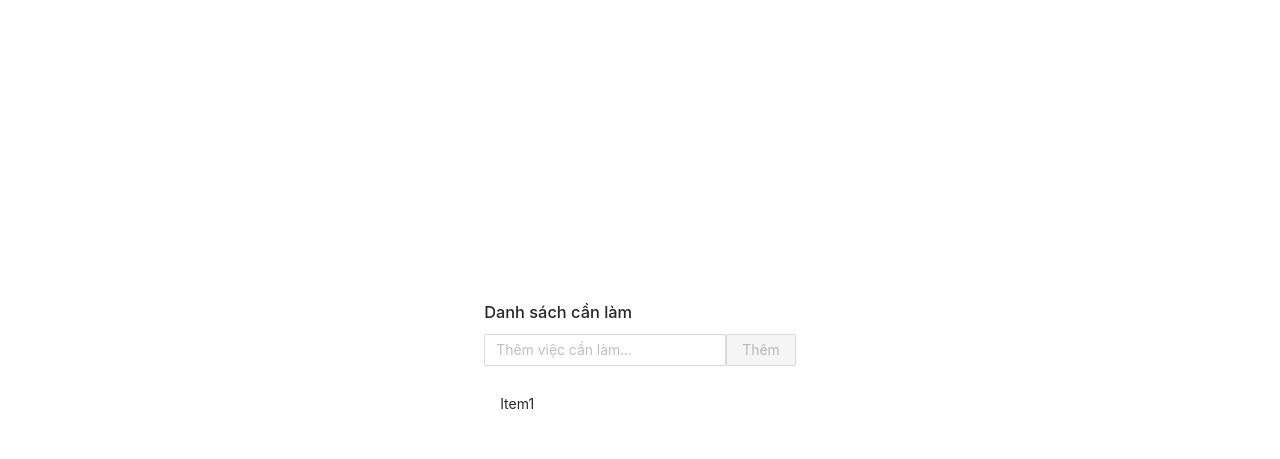
Repository: tiendungjr123/Todo-App
Page: /
These files come from the project's save history. The page is drawn as it stood at one moment and after the next save; the edit follows.
The browser window is 1280 px wide. The pictures show the whole page.
The project was rebuilt for these pictures with package versions that can differ from the ones it lists, and the page was loaded fresh each time.

Above is the page before, as saved 2022-09-22 10:34:28.

### src/index.js
import React from 'react';
import ReactDOM from 'react-dom/client';
import './index.css';
import App from './App';
import 'antd/dist/antd.css';
const root = ReactDOM.createRoot(document.getElementById('root'));
root.render(
  <React.StrictMode>
    <App />
  </React.StrictMode>
);

### src/index.css
body {
  margin: 0;
  font-family: -apple-system, BlinkMacSystemFont, 'Segoe UI', 'Roboto', 'Oxygen',
    'Ubuntu', 'Cantarell', 'Fira Sans', 'Droid Sans', 'Helvetica Neue',
    sans-serif;
  display: flex;
  justify-content: center;
  align-items: center;
  padding: 20px;
  font-size: 20px;
}

code {
  font-family: source-code-pro, Menlo, Monaco, Consolas, 'Courier New',
    monospace;
}

### src/App.js
import TodoList from "./component/TodoList";
import { Input, Button } from "antd";

function App() {
  return (
    <>
      <h3>Danh sách cần làm</h3>
      <Input.Group
        style={{
          display: "flex",
        }}
      >
        <Input placeholder="Thêm việc cần làm..." />
        <Button disabled='false' type="primary">Thêm</Button>
      </Input.Group>
      <br/>
      <TodoList />
    </>
  );
}

export default App;

### src/component/TodoList.jsx
import React from "react";
import Todo from "./Todo";

export default function TodoList() {
  return (
    <>
      <Todo/>
    </>
  );
}

### src/component/Todo.jsx
import React from "react";
import { Button } from "antd";
import styled from "styled-components";

export default function Todo() {
  return (
    <div
      style={{ display: "flex", flexDirection: "column", }}
    >
      <Button style={{textAlign: "left"}} type="text">Item1</Button>
    </div>
  );
}

Loaded but not shown: public/index.html (common file)

After the next save:
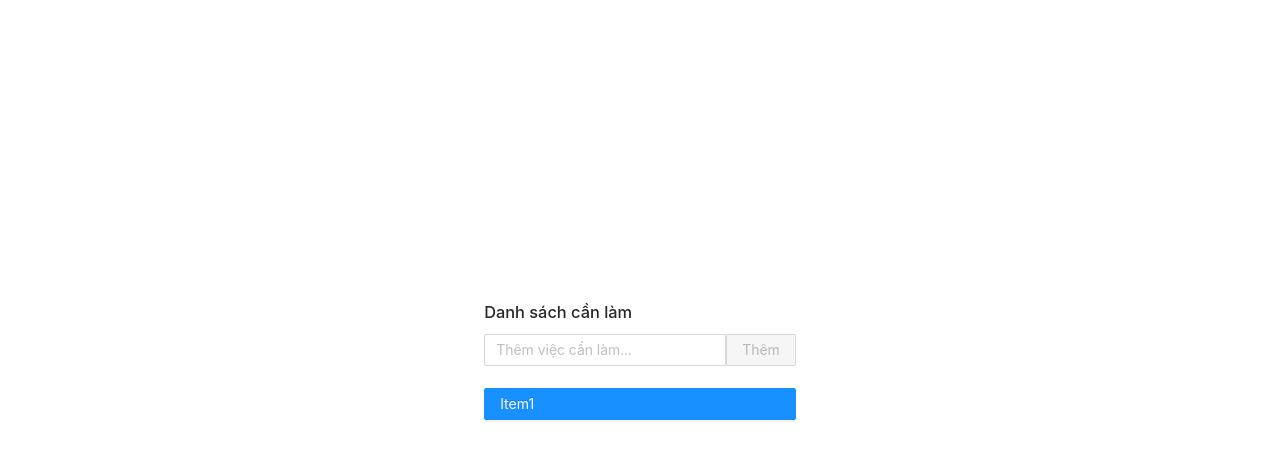
Saved 15 s later.
--- a/src/component/Todo.jsx
+++ b/src/component/Todo.jsx
@@ -7,7 +7,7 @@ export default function Todo() {
     <div
       style={{ display: "flex", flexDirection: "column", }}
     >
-      <Button style={{textAlign: "left"}} type="text">Item1</Button>
+      <Button style={{textAlign: "left"}} type="primary">Item1</Button>
     </div>
   );
 }
